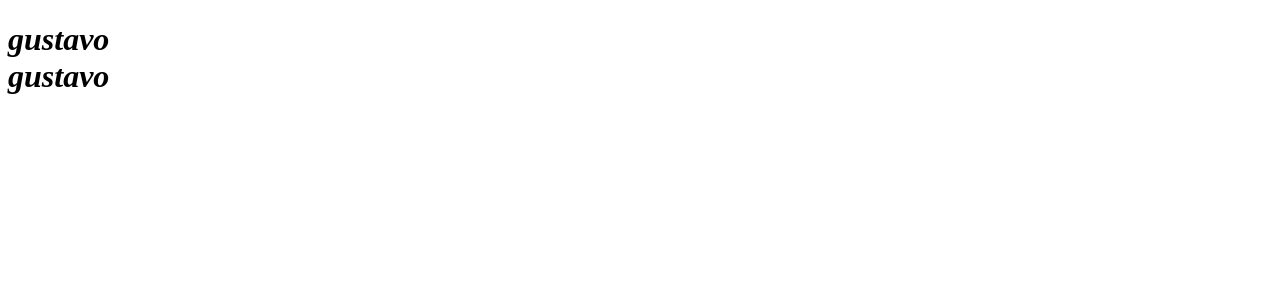
Repository: gustavotwist/html-css
Page: nova.html
An editor plug-in stored every save of this project. The page is shown before and after a run of saves, followed by the edit.
The browser window is 1280 px wide. The pictures show the whole page.

Above is the page before, as saved 2024-04-24 19:47:41.

### nova.html
<!DOCTYPE html>
<html lang="pt-br">
<head>
    <meta charset="UTF-8">
    <meta name="viewport" content="width=device-width, initial-scale=1.0">
    <title>Document</title>
</head>
<body>
   <h1><strong><i>gustavo</i></strong><br> <em>gustavo</em></h1>

</body>
</html>

After the next 4 saves:
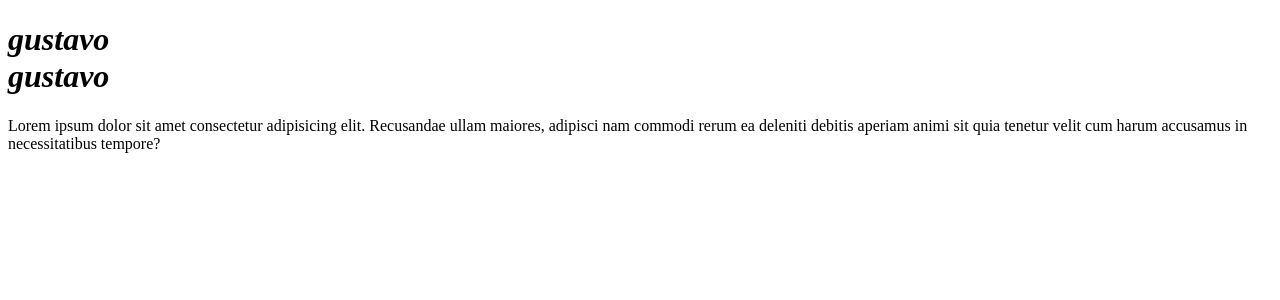
The 4 saves are shown as one change because they came seconds apart.
The last was saved 46 min 27 s later.
--- a/nova.html
+++ b/nova.html
@@ -7,6 +7,7 @@
 </head>
 <body>
    <h1><strong><i>gustavo</i></strong><br> <em>gustavo</em></h1>
+   <p>Lorem ipsum dolor sit amet consectetur adipisicing elit. Recusandae ullam maiores, adipisci nam commodi rerum ea deleniti debitis aperiam animi sit quia tenetur velit cum harum accusamus in necessitatibus tempore?</p>
 
 </body>
 </html>
